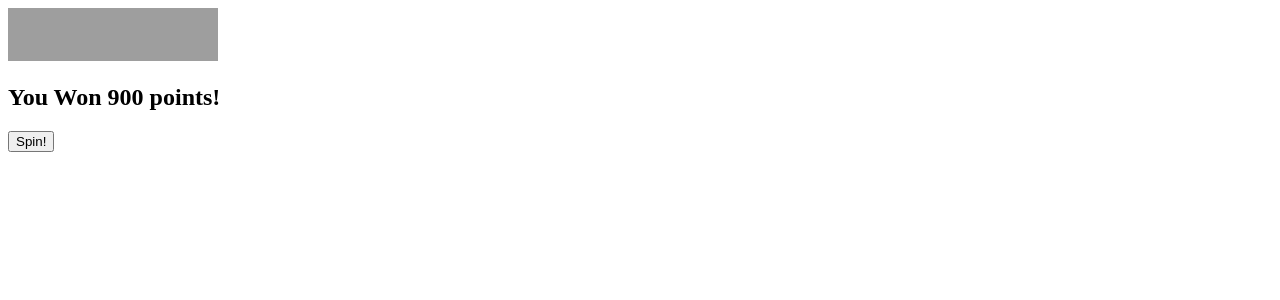
Repository: TheRealCisco/f2017CST336
Page: http://localhost/777/index.php
The author's editor kept a record of every edit. The page is drawn from the files as they stood at one moment, then again after the next edit.
The browser window is 1280 px wide. The pictures show the whole page.
Pictures or frames that could not be fetched are drawn as grey boxes. The page is run by PHP 8.4 with error messages shown; the project is at /var/www/html/.

Above is the page before.

### 777/index.php

<?php
include 'inc/functions.php';

?>
<!DOCTYPE html>
<html>
    <head>
        <title> 777 Slot Machine </title>
    </head>
    <body>
       <?php
       play();
       ?>
        <form>
            <input type="submit" value="Spin!"/>
        </form>
    </body>
</html>

### 777/inc/functions.php
 <?php


        function displaySymbol($randomValue,$pos){
        switch($randomValue){
            case 0:$symbol="seven";
            break;
            case 1:$symbol="cherry";
            break;
            case 2:$symbol="lemon";
            break;
            case 3:$symbol="bar;";

        }
         echo"<img id ='reel$pos' src='img/$symbol.png' alt ='$symbol' title='".ucfirst($symbol)."' width='70'>";

    }
            function displayPoints($randomValue1,$randomValue2,$randomValue3){
             echo"<div id='output'>";
             if($randomValue1==$randomValue2 && $randomValue2==$randomValue3){
                 switch($randomValue1){
                     case 0:$totalPoints=1000;
                     echo "<h1>Jackpot!</h1>";
                     break;
                     case 1:$totalPoints=500;
                     break;
                     case 2:$totalPoints=250;
                     break;
                     case 3:$totalPoints=900;
                 }
                 echo "<h2>You Won $totalPoints points!</h2>";
             }else{
                 echo "<h3>Try Again! </h3>";
             }
             echo "</div>";
         }
         function play(){
             for($i=1;$i<4;$i++){
                 ${"randomValue" . $i}=rand(3,3);
                 displaySymbol(${"randomValue" . $i},$i);
             }
             displayPoints($randomValue1,$randomValue2,$randomValue3);
         }
        ?>

After the next edit:
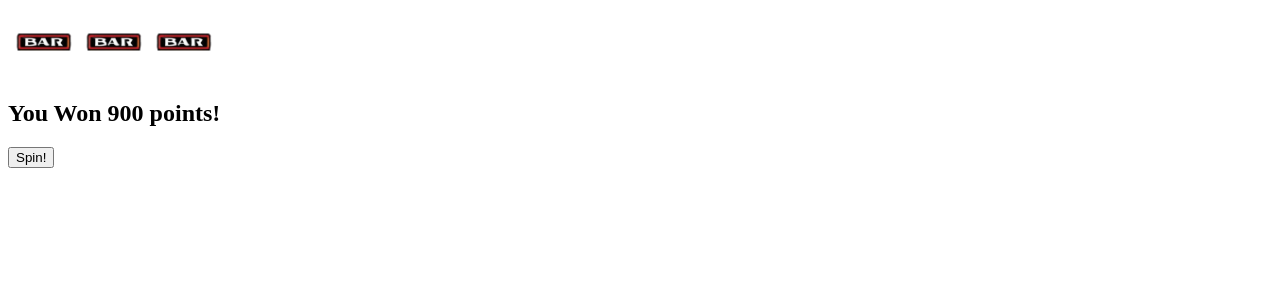
The edit:
--- a/777/inc/functions.php
+++ b/777/inc/functions.php
@@ -9,7 +9,7 @@
             break;
             case 2:$symbol="lemon";
             break;
-            case 3:$symbol="bar;";
+            case 3:$symbol="bar";
 
         }
          echo"<img id ='reel$pos' src='img/$symbol.png' alt ='$symbol' title='".ucfirst($symbol)."' width='70'>";
